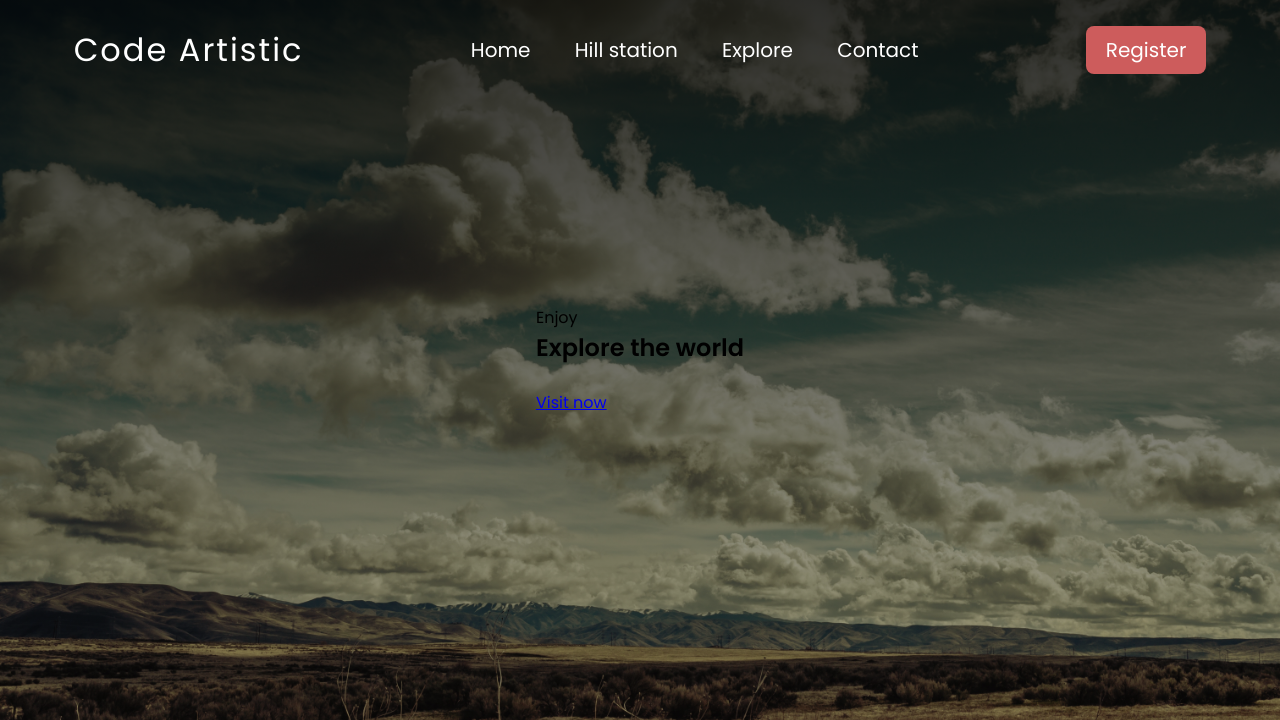
Repository: Ruxmary7/energy
Page: starter/index.html
The author's editor kept a copy of each file at every save. The page is drawn from the files as they stood at one save, then again after a run of saves.
The browser window is 1280 px wide. The pictures show the whole page.

Above is the page before, as saved 2025-01-10 22:13:13.

### starter/index.html
<!DOCTYPE html>
<html lang="en">
<head>
    <meta charset="UTF-8">
    <meta name="viewport" content="width=device-width, initial-scale=1.0">
    <title>Landing page</title>
    <link rel="stylesheet" href="style.css">
</head>
<body>
    <header>
<nav>
    <div class="logo">
Code Artistic
    </div>
<div class="menu">
    <a href="#">Home</a>
    <a href="#">Hill station</a>
    <a href="#">Explore</a>
<a href="#">Contact</a>

</div>
<div class="register">
    <a href="#">Register</a>
</div>
</nav>

<section class="h-text">
    <span>Enjoy</span>
<h1>Explore the world</h1>
<br>
<a href="#">Visit now</a>
</section>

    </header>
</body>
</html>

### starter/style.css

@import url('https://fonts.googleapis.com/css2?family=Hind&family=Poppins:ital,wght@0,200;0,300;0,400;0,500;0,600;1,200&display=swap');

* {
    padding: 0;
    margin: 0;
    box-sizing: border-box;
}

header {
    width: 100%;
    height: 100vh;
    background: linear-gradient(rgba(0,0,0,0.8), rgba(0,0,0,0.2)) , url(12.jpg);
    background-size: cover;
    font-family: Poppins, sans-serif;
 nav {
    width: 100%;
    height: 100px;
    color: #fff;
    display: flex;
    justify-content: space-around;
align-items: center;
 }
 .logo {
font-size: 2em;
letter-spacing: 2px;
 }
 .menu a {
    text-decoration: none;
    color: #fff;
    padding: 10px 20px;
   font-size: 20px;
 }
 .register a{
    text-decoration: none;
    color: #fff;
    padding: 10px 20px;
   font-size: 20px;
   border-radius: 8px;
   background: indianred;
 }
 .h-text {
    position: absolute;
    top: 50%;
    left: 50%;
    max-width: 650px;
    transform: translate(-50%, -50%);
 }
}

After the next 3 saves:
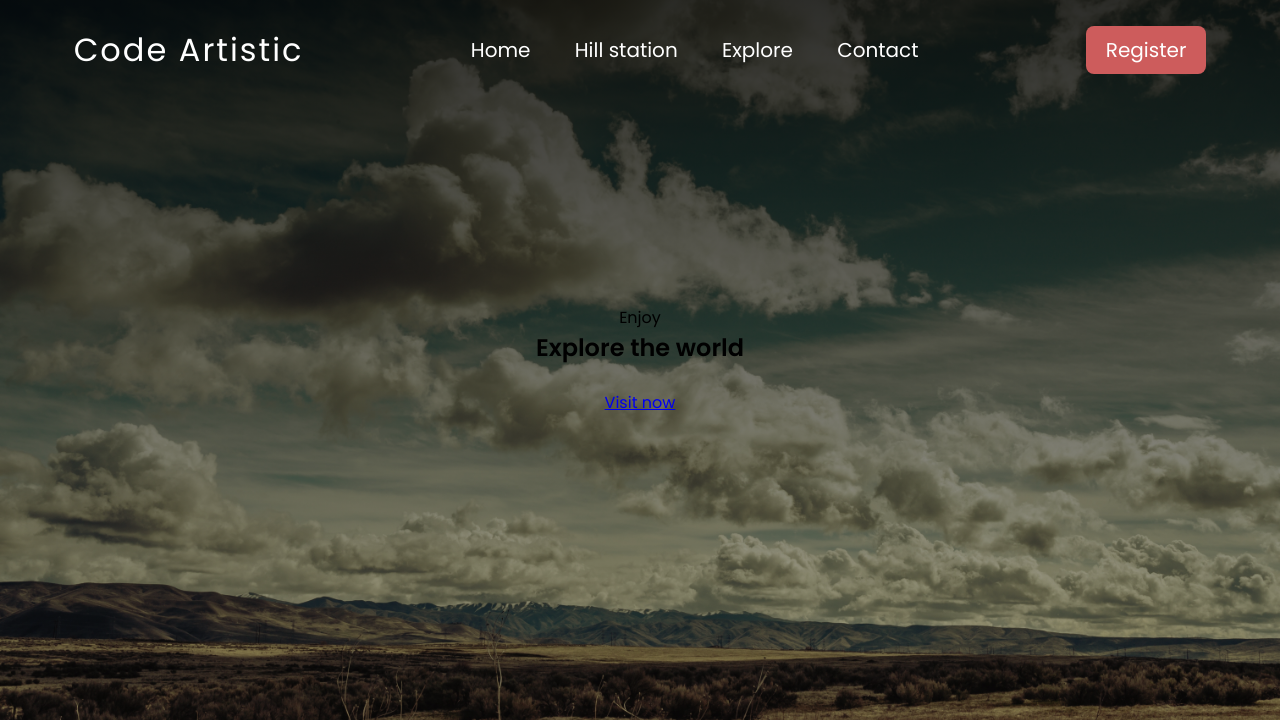
The 3 saves are shown as one change because they came seconds apart.
The last was saved 13 s later.
--- a/starter/style.css
+++ b/starter/style.css
@@ -45,5 +45,7 @@ letter-spacing: 2px;
     left: 50%;
     max-width: 650px;
     transform: translate(-50%, -50%);
+    text-align: center;
+    color: #000;
  }
 }
